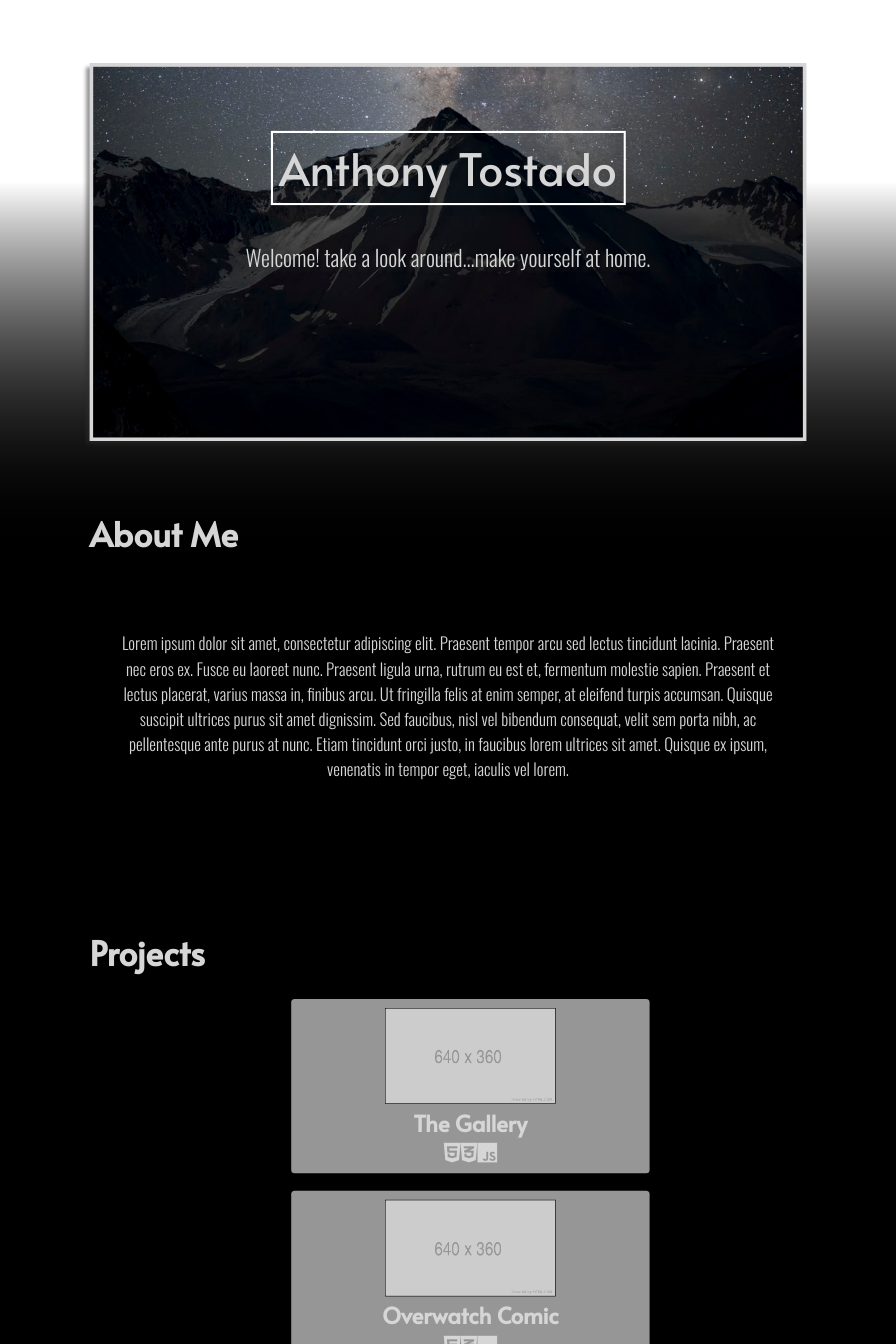
Repository: sloppytony/newport
Page: / (app in portfolio/)
The author's editor kept a copy of each file at every save. The page is drawn from the files as they stood at one save, then again after the next save.
The browser window is 1280 px wide. The pictures show the part of the page from y = 0 to 1920 px (the page is 2596 px tall), at 70% of full size.
Some web libraries are served in a nearby version. The project was rebuilt for these pictures with package versions that can differ from the ones it lists, and the page was loaded fresh each time. Also part of the build but not shown: portfolio/src/index.css.

Above is the page before, as saved 2020-08-23 19:40:19.

After the next save:
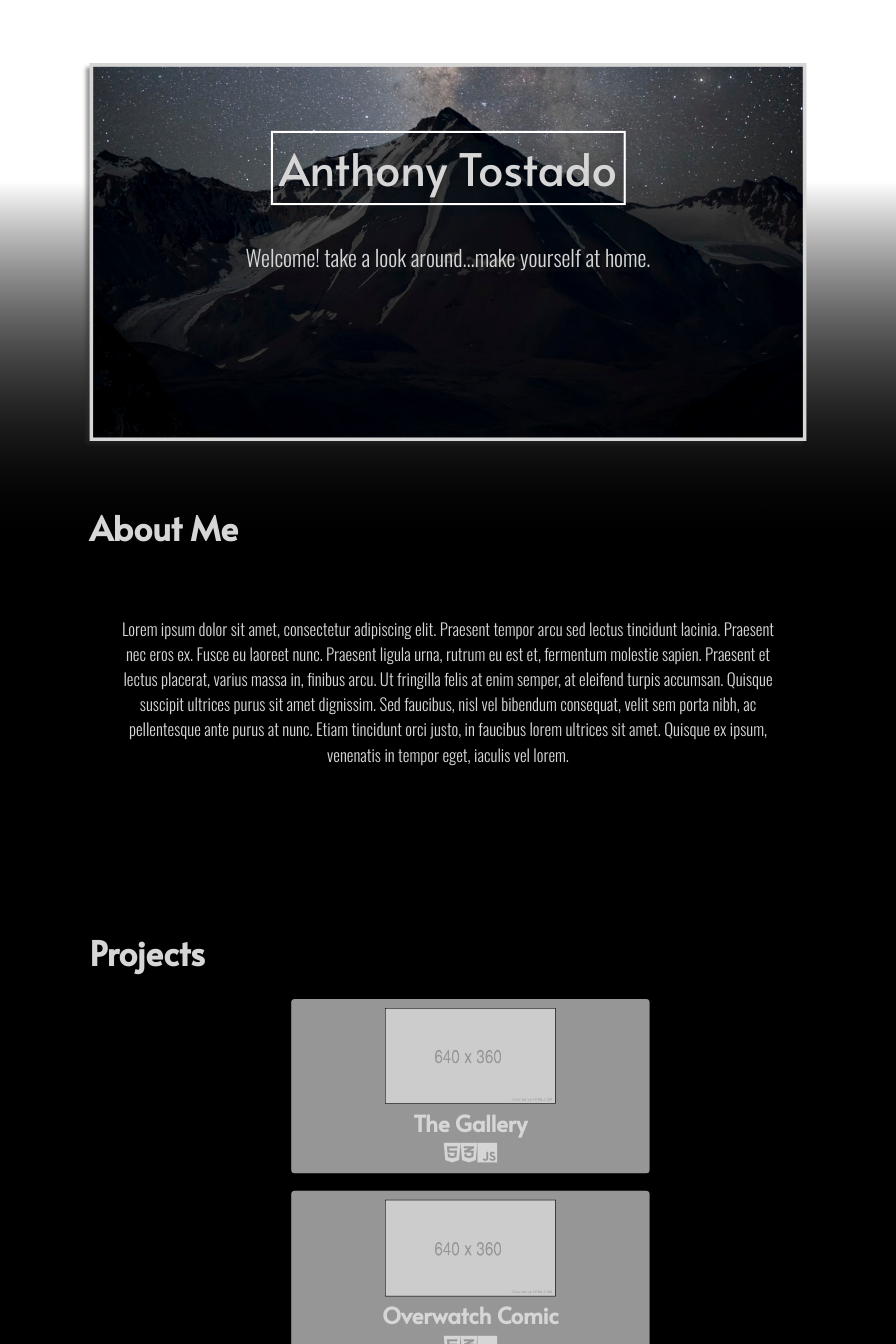
Saved 11 s later.
--- a/portfolio/src/App.css
+++ b/portfolio/src/App.css
@@ -103,7 +103,7 @@
 
 p.aboutPara {
   width: 75%;
-  height: 40vh;
+  height: 50vh;
   text-align: center;
   margin: 5%;
   font-size: 150%;

After the save that followed:
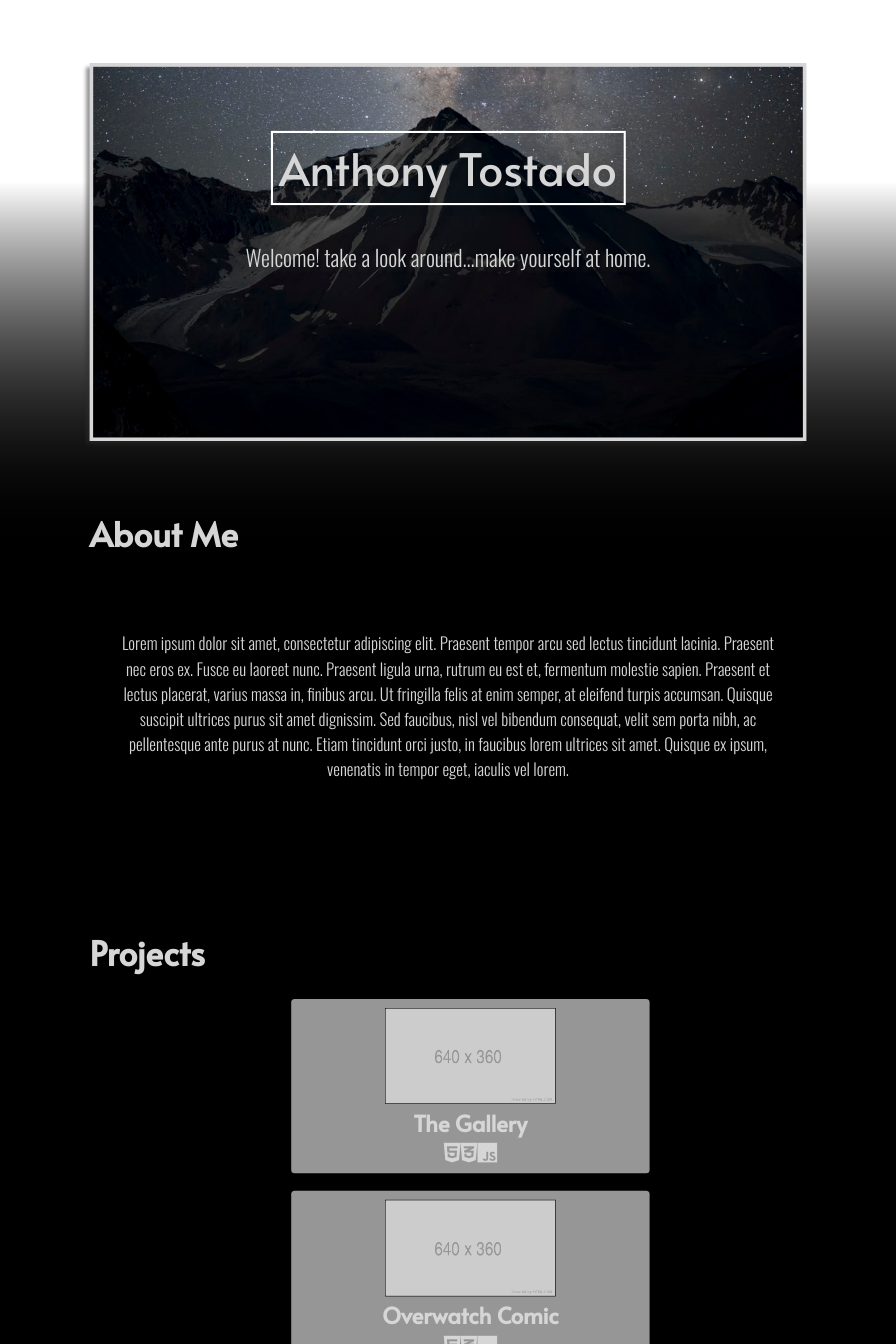
Saved 6 s later.
--- a/portfolio/src/App.css
+++ b/portfolio/src/App.css
@@ -103,7 +103,7 @@
 
 p.aboutPara {
   width: 75%;
-  height: 50vh;
+  height: 40vh;
   text-align: center;
   margin: 5%;
   font-size: 150%;
